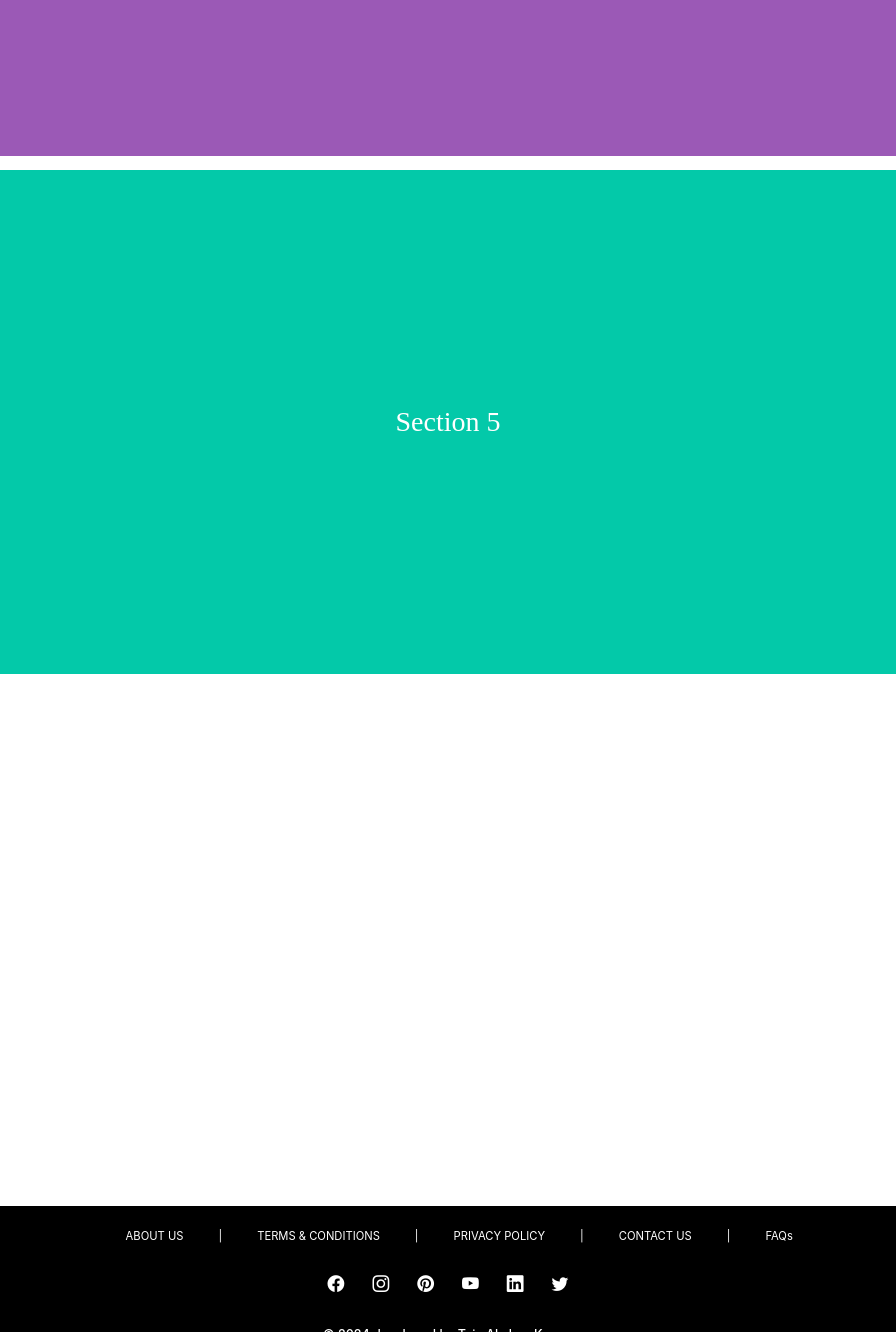
Repository: Tejaakshaykumar/MakeMyVita-Resume-Builder-Website
Page: / (app in frontend/)
An editor plug-in stored every save of this project. The page is shown before and after the next save, followed by the edit.
The browser window is 1280 px wide. The pictures show the part of the page from y = 2717 to 4637 px (the page is 4637 px tall before and 4420 px after), at 70% of full size.
Some web fonts or font styles are not loaded; a fallback is used. Some web libraries are served in a nearby version. The project was rebuilt for these pictures with package versions that can differ from the ones it lists, and the page was loaded fresh each time. Also part of the build but not shown: frontend/src/App.css, frontend/src/containers/Navbar.js, frontend/src/containers/About.js, frontend/src/containers/Buildresume.js, frontend/src/containers/Images.js, frontend/src/containers/Features.js, frontend/src/containers/Review.js, frontend/src/containers/Trybox.js and 26 more.

Above is the page before, as saved 2024-06-16 23:06:14.

### frontend/public/index.html
<!DOCTYPE html>
<html lang="en">
  <head>
    <meta charset="utf-8" />
    <link rel="icon" href="../src/images/HubSpot Brand Kit (1)/Logo/JPEG/Favicon-32x32.jpeg" />
    <meta name="viewport" content="width=device-width, initial-scale=1" />
    <meta name="theme-color" content="#000000" />
    <meta
      name="description"
      content="Web site created using create-react-app"
    />
    <link rel="apple-touch-icon" href="../src/images/HubSpot Brand Kit (1)/Logo/JPEG/Favicon-32x32.jpeg" />
    <link rel="manifest" href="%PUBLIC_URL%/manifest.json" />
    <link rel="stylesheet" href="https://stackpath.bootstrapcdn.com/bootstrap/4.5.2/css/bootstrap.min.css">
  <link rel="stylesheet" href="https://stackpath.bootstrapcdn.com/font-awesome/4.7.0/css/font-awesome.min.css">
  <link href="https://cdn.jsdelivr.net/npm/bootstrap@5.3.3/dist/css/bootstrap.min.css" rel="stylesheet" integrity="sha384-QWTKZyjpPEjISv5WaRU9OFeRpok6YctnYmDr5pNlyT2bRjXh0JMhjY6hW+ALEwIH" crossorigin="anonymous">
  <link href="https://cdn.jsdelivr.net/npm/bootstrap-icons@1.7.2/font/bootstrap-icons.css" rel="stylesheet">
  <link rel="stylesheet" href="https://cdnjs.cloudflare.com/ajax/libs/bootstrap-icons/1.10.0/font/bootstrap-icons.min.css">
  <title>MakeMyVita</title>
  </head>
  <body>
    <noscript>You need to enable JavaScript to run this app.</noscript>
    <div id="root"></div>
  </body>
  <script src="https://cdn.jsdelivr.net/npm/bootstrap@5.3.3/dist/js/bootstrap.bundle.min.js" integrity="sha384-YvpcrYf0tY3lHB60NNkmXc5s9fDVZLESaAA55NDzOxhy9GkcIdslK1eN7N6jIeHz" crossorigin="anonymous"></script>
</html>

### frontend/src/containers/cont.css
/* navbar */
.custom-btn {
  color: white;
}
.custom-btn:hover {
  color: black;
  background-color: white;
}

.footer-container {
  height: 25vh;
  width: 100%;
  background-color: rgb(0, 0, 0);
  color: white;
  display: flex;
  flex-direction: column;
  align-items: center;
  /* padding-bottom: 3%; */
  /* justify-content: center; */
}

.footer-nav {
  display: flex;
  list-style: none;
  padding-top: 30px;
  margin: 0;
}

.footer-nav .nav-item {
  margin: 0 50px;
}

.footer-nav .nav-item .nav-link {
  color: white;
  text-decoration: none;
  /* text-transform: uppercase; */
  /* text-decoration: underline; */
}

.footer-nav .nav-item .nav-link:hover {
  text-decoration: underline;
}

.footer-copy {
  /* padding-top: 5%; */
  text-align: center;
  font-size: large;
  font-weight: 500;
  /* padding-bottom: 3%; */
}

.social-icons {
  display: flex;
  justify-content: center;
  gap: 40px;
  padding: 40px;
  /* background-color: #f0f0f0; */
}

.social-icons a {
  color: #ffffff;
  font-size: 24px;
  text-decoration: none;
}

.social-icons a:hover {
  color: #007bff;
}

/* Features */

.feature-component {
  height: 90vh;
  width: 100%;
  display: flex;
  justify-content: flex-start;
  flex-wrap: wrap;
  margin-top: 10%;
  padding-left: 8%;
  padding-right: 8%;
}
.feature {
  flex: 1 1 30%;
  box-sizing: border-box;
  padding: 20px;
  margin: 10px;
  text-align: center;
  background-color: #fff;
  border-radius: 8px;
  /* box-shadow: 0 4px 8px rgba(0, 0, 0, 0.1); */
}

.feature img {
  width: 60px;
  height:80px;
  margin-bottom: 10px;
}

.feature h3 {
  font-size: 1.5em;
  margin-bottom: 10px;
  font-weight: 500;
  font-family:'Franklin Gothic Medium', 'Arial Narrow', Arial, sans-serif;
}

.feature p {
  font-size: 1.3em;
  color: #666;
  font-weight: 400;
  font-family: 'Gill Sans', 'Gill Sans MT', Calibri, 'Trebuchet MS', sans-serif;
}

.feature:hover {
  background: linear-gradient(to right, #fd4908, #1e90ff);
  box-shadow: black;
  border-radius: 5%;
  color: rgb(255, 255, 255);
}

.feature:hover h3,
.feature:hover p {
  color: rgb(255, 255, 255);
}

/* About */
.resume-builder-container {
  display: flex;
  flex-direction: row;
  justify-content: space-between;
  align-items: center;
  padding: 10vh;
  /* background-color: #fff; */
  background: linear-gradient(to right, #84eefc, #ffffff, #ffffff);
  /* background:linear-gradient(to left, #00e1ff,#ffffff, #ffffff); */
  /* border: 1px solid #ddd; */
  /* border-radius: 8px; */
  /* box-shadow: 0 2px 4px rgba(0, 0, 0, 0.1); */
  height: 80vh;
}

.resume-builder-container1 {
  display: flex;
  flex-direction: row;
  justify-content: space-between;
  align-items: center;
  padding: 10vh;
  height: 80vh;
  background: linear-gradient(to top, #ffffff, #59CE8F,#E8F9FD, #ffffff);
}

/* .resume-builder-image {
    -webkit-mask-image: radial-gradient(circle, rgba(0, 0, 0, 1) 50%, rgba(0, 0, 0, 0) 90%);
    mask-image: radial-gradient(circle, rgba(0, 0, 0, 1) 50%, rgba(0, 0, 0, 0) 90%);
  }
   */
.resume-builder-content {
  max-width: 60%;
  padding: 10%;
}

.resume-builder-content1 {
  max-width: 70%;
  padding: 10%;
}

.resume-builder-content h1 {
  font-size: 4em;
  color: #333;
  margin-bottom: 10px;
  font-family: "Franklin Gothic Medium", "Arial Narrow", Arial, sans-serif;
  text-align: left;
}

.resume-builder-content p {
  font-size: 1.4em;
  font-weight: 400;
  color: #666;
  line-height: 1.5;
  margin-bottom: 20px;
  /* padding-left: 2%; */
  /* text-align: center; */
}

.resume-builder-content1 h1 {
  font-size: 4em;
  color: #333;
  margin-bottom: 10px;
  font-family: "Franklin Gothic Medium", "Arial Narrow", Arial, sans-serif;
  text-align: left;
}

.resume-builder-content1 p {
  font-size: 1.4em;
  font-weight: 400;
  color: #666;
  line-height: 1.5;
  margin-bottom: 20px;
  /* padding-left: 2%; */
  /* text-align: center; */
}

.aboutbutton {
  height: 6vh;
  width: 27%;
  margin-left: 20%;
  margin-top: 2%;
  text-align: center;
  font-weight: 500;
  border-radius: 7px;
  color: #ffffff;
  font-weight: 700;
  transition: background 0.3s ease;
  /* border-style:solid; */
  border-color: white;
  background: #3e14fc;
  box-shadow: 0 2px 6px rgba(24, 23, 23, 0.801);
  /* box-shadow: #3e14fc; */
}
.aboutbutton:hover {
  transition: background 0.3s ease;
  border-style: solid;
  background: linear-gradient(to right, #ffd000, #ff0000);
  box-shadow: #3e14fc;
}

.create-now-button {
  background-color: #00b0ff;
  color: #fff;
  border: none;
  padding: 10px 20px;
  font-size: 1em;
  border-radius: 5px;
  cursor: pointer;
}

.create-now-button:hover {
  background-color: #008cba;
}

.resume-builder-image {
  max-width: 40%;
}

.resume-builder-image img {
  max-width: 100%;
  height: auto;
  border-radius: 8px;
}

.text-gradient {
  background: linear-gradient(to right, #ff7f50, #1e90ff);
  -webkit-background-clip: text;
  -webkit-text-fill-color: transparent;
  background-clip: text;
  color: transparent;
}

.icon-container {
  width: 100%;
  height: 100px;
  overflow: hidden;
  white-space: nowrap;
  position: relative;
  background-color: #ffffff;
  padding-bottom: 25px;
}

.icons {
  display: inline-block;
  animation: moveIcons 40s linear infinite;
}

.icons img {
  font-size: 24px;
  margin: 0 15px; /* Add some margin between icons */
  color: #333;
  /* width: 100px; Adjust the size as needed */
  height: 50px;
}

@keyframes moveIcons {
  0% {
    transform: translateX(70%);
  }
  100% {
    transform: translateX(-100%);
  }
}

.try {
  height: 30vh;
  width: 100%;
  background-image: url("C:/Users/tejaa/Downloads/pexels-magda-ehlers-pexels-1279813.jpg");
  background-size: cover;
  align-items: center;
  display: flex;
  flex-direction: column;
  justify-content: center;
  margin-bottom: 7vh;
  margin-top: 5vh;
}

.try h2 {
  font-size: 280%;
  color: antiquewhite;
  text-shadow: 5px 5px 3px rgba(0, 0, 0, 0.3);
}
.try button {
  height: 4vh;
  width: 15%;
  font-weight: 700;
  border-radius: 5cm;
  color: blanchedalmond;
  border: #ffffff;
  background: linear-gradient(to right, #fd0808, #a51eff);
}

/* Review */
/* Styles for the main container */
/* Swiper specific styles */
/* #App {
  height: 100%;
}
html,
body {
  position: relative;
  height: 100%;
}

body {
  background: #eee;
  font-family: Helvetica Neue, Helvetica, Arial, sans-serif;
  font-size: 14px;
  color: #000;
  margin: 0;
  padding: 0;
} */
.swiper-container {
  /* position: relative; */
  height: 30vh;
  background: #ffffff;
  font-family: Helvetica Neue, Helvetica, Arial, sans-serif;
  font-size: 14px;
  color: #000;
  margin: 30px;
  padding: 10px;
  display: flex;
  flex-direction: row;
  justify-content: center;
}

.swiper {
  width: 100%;
  height: 100%;
}

.swiper-slide {
  text-align: center;
  font-size: 18px;
  background: #ffffff;
  display: flex;
  justify-content: center;
  align-items: center;
  padding-top: 20%;
  /* margin: 5%; */
}

.swiper-slide img {
  display: block;
  width: 100%;
  height: 100%;
  object-fit: cover;
}

.autoplay-progress {
  position: absolute;
  right: 16px;
  bottom: 16px;
  z-index: 10;
  width: 48px;
  height: 48px;
  display: flex;
  align-items: center;
  justify-content: center;
  font-weight: bold;
  color: var(--swiper-theme-color);
}

.autoplay-progress svg {
  --progress: 0;
  position: absolute;
  left: 0;
  top: 0px;
  z-index: 10;
  width: 100%;
  height: 100%;
  stroke-width: 4px;
  stroke: var(--swiper-theme-color);
  fill: none;
  stroke-dashoffset: calc(125.6px * (1 - var(--progress)));
  stroke-dasharray: 125.6;
  transform: rotate(-90deg);
}

/* Howitworks */

/* .wrapperh {
  min-height: 100vh;
  font-family: 'Roboto Slab', serif;
  font-weight: 300;
  color: #fff;
  position: relative;
}

.sectionh {
  height: 100vh;
  font-size: 40px;
  font-weight: 100;
  display: flex;
  justify-content: center;
  align-items: center;
}

.sectionh:nth-child(1) { background: #22A7F0; }
.sectionh:nth-child(2) { background: #F64747; }
.sectionh:nth-child(3) { background: #22A7F0; }
.sectionh:nth-child(4) { background: #F9690E; }
.sectionh:nth-child(5) { background: #9B59B6; }
.sectionh:nth-child(6) { background: #03C9A9; }

.nav__wrapperh {
  position: fixed;
  height: 100%;
  padding: 30px;
  display: flex;
  flex-flow: column nowrap;
  justify-content: flex-end;
}

.navh {
  margin: 0 0 100px 30px;
}

.nav__counterh {
  font-size: 24px;
  transition: all 0.15s ease-out;
}

.nav__titleh {
  font-size: 32px;
  font-weight: 300;
  margin: 0 0 0.25em;
  width: 300px;
  height: 0;
  overflow: hidden;
  opacity: 0;
  transition: height 0.3s ease-out, opacity 0.2s ease-out;
}

.nav__bodyh {
  font-weight: 100;
  font-size: 18px;
  width: 300px;
  height: 0;
  overflow: hidden;
  opacity: 0;
  transition: height 0.3s ease-out, opacity 0.2s ease-out;
}

.navh li {
  position: relative;
  transition: all 0.3s ease-out;
  margin-bottom: 1em;
}

.navh li:after {
  content: '';
  display: block;
  border-left: 2px solid white;
  border-top: 2px solid white;
  height: 250px;
  width: 20px;
  position: absolute;
  left: -30px;
  top: 15px;
}

.navh li a {
  display: block;
  padding: 0;
  color: #fff;
  transition: all 0.15s ease-out;
}

.navh li a:hover {
  background-color: transparent;
  padding-left: 1em;
}

.navh li a:focus {
  background-color: transparent;
}

.navh li.active {
  pointer-events: none;
  padding-left: 1em;
}

.navh li.active:after {
  width: 35px;
  height: 400px;
  top: 35px;
}

.navh li.active .nav__counterh {
  font-size: 48px;
}

.navh li.active .nav__titleh {
  height: 40px;
  opacity: 1;
  overflow: visible;
}

.navh li.active .nav__bodyh {
  height: 100px;
  opacity: 1;
  overflow: visible;
} */

.wrapper {
  min-height: 100vh;
  font-family: 'Roboto Slab', serif;
  font-weight: 300;
  color: #fff;
  position: relative;
}

.section {
  height: 100vh;
  font-size: 40px;
  font-weight: 100;
  display: flex;
  justify-content: center;
  align-items: center;
}

.section:nth-child(1) { background: #22A7F0; }
.section:nth-child(2) { background: #F64747; }
.section:nth-child(3) { background: #22A7F0; }
.section:nth-child(4) { background: #F9690E; }
.section:nth-child(5) { background: #9B59B6; }
.section:nth-child(6) { background: #03C9A9; }

.nav__wrapper {
  position: fixed;
  height: 100%;
  padding: 30px;
  display: flex;
  flex-flow: column nowrap;
  justify-content: flex-end;
}

.nav {
  margin: 0 0 100px 30px;
}

.nav__counter {
  font-size: 24px;
  transition: all 0.15s ease-out;
}

.nav__title {
  font-size: 32px;
  font-weight: 300;
  margin: 0 0 0.25em;
  width: 300px;
  height: 0;
  overflow: hidden;
  opacity: 0;
  transition: height 0.3s ease-out, opacity 0.2s ease-out;
}

.nav__body {
  font-weight: 100;
  font-size: 18px;
  width: 300px;
  height: 0;
  overflow: hidden;
  opacity: 0;
  transition: height 0.3s ease-out, opacity 0.2s ease-out;
}

.nav li {
  position: relative;
  transition: all 0.3s ease-out;
  margin-bottom: 1em;
}

.nav li:after {
  content: '';
  display: block;
  border-left: 2px solid white;
  border-top: 2px solid white;
  height: 250px;
  width: 20px;
  position: absolute;
  left: -30px;
  top: 15px;
}

.nav li a {
  display: block;
  padding: 0;
  color: #fff;
  transition: all 0.15s ease-out;
}

.nav li a:hover {
  background-color: transparent;
  padding-left: 1em;
}

.nav li a:focus {
  background-color: transparent;
}

.nav li.active {
  pointer-events: none;
  padding-left: 1em;
}

.nav li.active:after {
  width: 35px;
  height: 400px;
  top: 35px;
}

.nav li.active .nav__counter {
  font-size: 48px;
}

.nav li.active .nav__title {
  height: 40px;
  opacity: 1;
  overflow: visible;
}

.nav li.active .nav__body {
  height: 100px;
  opacity: 1;
  overflow: visible;
}

### frontend/src/components/Roadmap.css
@import url('https://fonts.googleapis.com/css?family=Muli:700');

:root {
  --background-modal-color: #fff;
  --body-color: #fff;
  --color-timeline-default: #000000;
  --color-step-completed: #0611b8;
  --color-checkmark-completed: #fff;
  --color-in-progress: #ff0000;
  --color-label-default: var(--color-timeline-default);
  --color-label-completed: var(--color-step-completed);
  --color-label-loading: var(--color-in-progress);
  --color-icon-completed: var(--color-step-completed);
  --color-icon-default: var(--color-timeline-default);
}

/* .dark-mode {
  --color-checkmark-completed: #fff;
  --background-modal-color: #5C6174;
  --color-timeline-default: #9799A3;
  --color-checkmark-completed: var(--background-modal-color);
  --body-color: #333;
  --color-step-completed: #fff;
} */

* {
  box-sizing: border-box;
}

/* body {
  font-family: 'Muli', sans-serif;
  background: var(--body-color);
  padding: 0;
  margin: 0;
  display: flex;
  width: 100vh;
  height: 100vh;
  justify-content: center;
  align-items: center;
  position: relative;
} */

.toggle {
  transform: scale(0.8);
  position: absolute;
  bottom: 30px;
  display: flex;
  align-items: center;
  justify-content: space-around;
  max-width: 140px;
}

.toggle span {
  margin: 0 0.5rem;
}

.toggle input[type="checkbox"] {
  height: 0;
  width: 0;
  visibility: hidden;
}

.toggle input[type="checkbox"]:checked + label {
  background: #13CB8F;
}

.toggle input[type="checkbox"]:checked + label:after {
  left: calc(100% - 2px);
  transform: translateX(-100%);
}

.toggle label {
  cursor: pointer;
  width: 75px;
  height: 34px;
  background: #D2D3D8;
  display: block;
  border-radius: 40px;
  position: relative;
}

.toggle label:after {
  content: "";
  position: absolute;
  top: 2px;
  left: 2px;
  width: 30px;
  height: 30px;
  background: #fff;
  border-radius: 40px;
  transition: 0.3s;
}

.main-container {
  display: flex;
  flex-direction: column;
  justify-content: center;
  transition: all 200ms ease;
  background: var(--background-modal-color);
  height: auto;
  min-width: 420px;
  max-width: 750px;
  flex-grow: 1;
  border-radius: 5px;
  box-shadow: 0 2px 5px 0 rgba(0,0,0,0.14);
}

.steps-container {
  width: 100%;
  padding: 40px;
  display: flex;
  align-items: center;
  justify-content: space-between;
  flex-wrap: wrap;
}

.step {
  z-index: 1;
  position: relative;
  display: flex;
  align-items: center;
  justify-content: center;
  transition: all 200ms ease;
  height: 15px;
  width: 15px;
  border: 4px solid var(--color-timeline-default);
  border-radius: 50%;
  margin: 0 10px;
}

.step .preloader, .step svg {
  display: none;
}

.step.completed {
  width: 18px;
  height: 18px;
  background: var(--color-step-completed);
  border: none;
}

.step.completed svg {
  transition: all 200ms ease;
  display: block;
  height: 10px;
  width: 10px;
  fill: var(--color-checkmark-completed);
}

.step.in-progress {
  width: 18px;
  height: 18px;
  background: var(--color-in-progress);
  border: none;
}

.step.in-progress .preloader {
  display: block;
  height: 10px;
  width: 10px;
  border: 2px solid #fff;
  border-radius: 50%;
  border-left-color: transparent;
  animation-name: spin;
  animation-duration: 2000ms;
  animation-iteration-count: infinite;
  animation-timing-function: linear;
}

.step .label {
  position: absolute;
  top: 30px;
  filter: none;
  z-index: 2000;
  color: var(--color-label-default);
  transition: all 200ms ease;
  font-weight: 700;
}

.step .label.completed {
  color: var(--color-label-completed);
}

.step .label.loading {
  color: var(--color-label-loading);
}

.step .icon {
  font-size: 40px;
  position: absolute;
  top: -60px;
  color: var(--color-icon-default);
  transition: color 200ms ease;
}

.step .icon.completed {
  color: var(--color-icon-completed);
}

.step .icon.in-progress {
  color: var(--color-in-progress);
}

.line {
  transition: all 200ms ease;
  height: 2px;
  flex-grow: 1;
  max-width: 120px;
  background: var(--color-timeline-default);
}

.line.completed {
  background: var(--color-step-completed);
}

.line.next-step-in-progress {
  background: linear-gradient(to right, var(--color-step-completed), var(--color-in-progress));
}

.line.prev-step-in-progress {
  background: linear-gradient(to right, var(--color-in-progress), var(--color-timeline-default));
}

@keyframes spin {
  from {
    transform: rotate(0deg);
  }
  to {
    transform: rotate(360deg);
  }
}

### frontend/src/templates/temp1.css


  .resume-container {
    display: flex;
    height: 11in;
    width: 8.5in;
    margin: 20px auto;
    background: #ffffff;
    box-shadow: 0 0 10px rgba(0, 0, 0, 0.1);
    flex-direction: row;
  }

  .left-panel {
    width: 28%;
    background: #c7cbcc;
    padding: 20px;
    box-sizing: border-box;
  }

  .right-panel {
    background: #ffffff;
    width: 72%;
    padding: 20px;
    box-sizing: border-box;
  }

  .profile-pic img {
    width: 150px;
    height: 150px;
    border-radius: 50%;
    object-fit: cover;
    display:block;
    margin: 0 auto 20px;
  }

  h3 {
    font-family:  monospace;
    /* font-size: medium; */
  }

  h1, h2 {
    margin-top: 5%;
    font-family:  monospace;
    font-weight: 700;
  }
  .contact-info, .education, .skills {
    margin-bottom: 20px;
  }

  .contact-info h2, .education h2, .skills h2 {
    font-size: 1.2em;
    border-bottom: 2px solid #ccc;
    padding-bottom: 2px;
    margin-bottom: 10px;
  }

  .contact-info p, .education p, .skills ul {
    margin: 0;
    font-size: small;
    font-family:Cambria, Cochin, Georgia, Times, 'Times New Roman', serif;
  }

  .skills ul {
    /* list-style: none; */
    padding-left: 10%;
  }

  .skills ul li {
    background: #d0d4d5;
    margin-bottom: 5px;
    padding: 2px;
    border-radius: 3px;
  }

  .right-panel h1 {
    font-size: 2em;
  }

  .right-panel h2 {
    font-size: 1.5em;
    margin-bottom: 10px;
  }

  .profile, .experience {
    margin-bottom: 20px;
  }

  .experience h3 {
    margin-top: 0;
  }

  .experience ul {
    list-style-type: disc;
    margin-left: 20px;
    font-size: small;
    font-family:Arial, Helvetica, sans-serif;
  }

### frontend/src/templates/temp2.css
.resume {
    font-family:'Times New Roman', Times, serif;
    margin: 0 auto;
    height: 11in;
    width: 8.5in;
    padding: 20px 50px;
    background-color: rgb(255, 255, 255);
    font-size: 0.8rem;
  }

  .header {
    display: flex;
    flex-direction: row;
    height: 12vh;
  }

  .top-left {
    display: flex;
    flex-direction: row;
    width: 60%;
  }

  .header p {
    margin: 0;
  }

  .image img{
    width: 80%;
  }

  .myself {
    width: 85%;
    padding-top: 20px;
    text-align: left;
  }

  .myself h1 {
    font-size: 1.2rem;
    font-weight: 500;
  }

  .top-right {
    margin-top: 10px;
    text-align: end;
    width: 40%;
  }



  .section {
    margin-bottom: 20px;
  }

  .section h2 {
    border-bottom: 2px solid #000;
    /* padding-bottom: 5px; */
    font-size: 1.2rem;
    font-weight: 600;
  }

  .edu {
    display: flex;
    flex-direction: row;
    margin: 0px;
  }

  .l {
    text-align: left;
    width: 70%;
  }

  .r {
    text-align: right;
    width: 30%;
    margin: 0 0 0px 0;
  }

  .r p {
    margin: 0px 0px 0px 0px;
  }

  li {
    padding:0;
  }

Loaded but not shown: frontend/src/index.js (common file); frontend/src/index.css (common file); frontend/src/reportWebVitals.js (common file); frontend/src/App.js (186 lines, source omitted); frontend/src/containers/Howitworks.js (100 lines, source omitted); frontend/src/containers/Foot.js (64 lines, source omitted); frontend/src/pages/pagestyles.css (707 lines, source omitted)

After the next save:
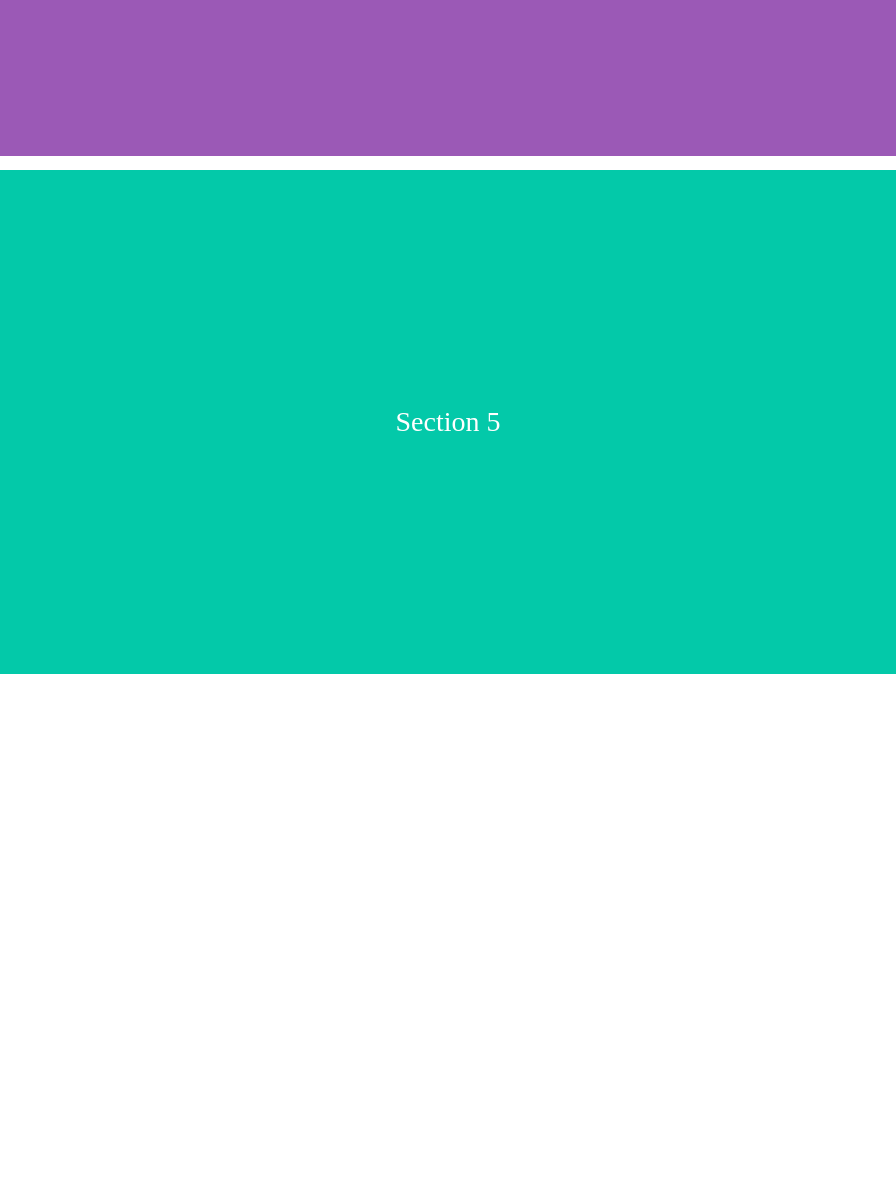
Saved 23 s later.
--- a/frontend/src/containers/cont.css
+++ b/frontend/src/containers/cont.css
@@ -529,7 +529,7 @@ body {
 } */
 
 .wrapper {
-  min-height: 100vh;
+  height: 100vh;
   font-family: 'Roboto Slab', serif;
   font-weight: 300;
   color: #fff;
